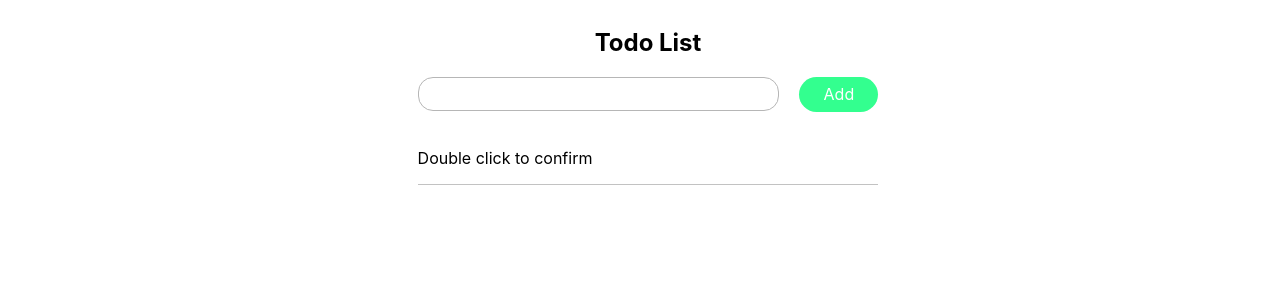
Repository: irenewuu/comp4130_checklist
Page: index.html
These files come from the project's save history. The page is drawn as it stood at one moment and after the next save; the edit follows.
The browser window is 1280 px wide. The page is 1288 px wide, so the pictures cover 1288 px, including what lies to the right of the window. The pictures show the whole page.

Above is the page before, as saved 2022-01-12 15:58:20.

### index.html
<!DOCTYPE html>
<html lang="en">
  <head>
    <meta charset="UTF-8">
    <meta name="viewport" content="width=device-width, initial-scale=1.0">
    <link rel="stylesheet" href="style.css">
    <script src="index.js"></script>
    <title>Comp4130_Checklist</title>
  </head>
  <body>
    <div class="main">
      <!-- title area -->
      <div class="title">
      <h2>Todo List</h2>
      </div>
      <!-- input area -->
      <form class="input">
        <input type="text" class="text" id="myInput" onkeyup="13" >
        <span class="btn" onclick="newElement()">Add</span>
      </form>
      <!-- homework checklist -->
      <div class="sortbox">
        <!-- <h4>Sort</h4>
        <img src="image/Iconly/Bold/sort.svg"> -->
        <p>Double click to confirm</p>
      </div>
      <ul id="NewList">

      </ul>
    </div>
  </body>
</html>

### style.css
body {
  width: 100%;
  height: 100%;
  display: flex;
  flex-direction: column;
  justify-content: center;
  align-items: center;
}

.main {
  width: 60%;
  height: 50%;
  display: flex;
  flex-direction: column;
  justify-content: center;
  align-items: center;
  font-family: -apple-system, BlinkMacSystemFont, "Segoe UI", Roboto;
}
form > span {
  width: 60%;
  display: flex;
  justify-content: center;
  background: #33ff8f;
  color: #fff;
  justify-content: center;
  align-items: center;
}
.input {
  width: 60%;
  display: flex;
  justify-content: center;
}
.text {
  width: 90%;
  height: 30px;
  border-radius: 15px;
  border: 1px solid rgb(182, 182, 182);
}
.btn {
  width: 20%;
  height: 35px;
  border-radius: 20px;
  margin-left: 20px;
}
.sortbox {
  width: 60%;
  display: flex;
  flex-direction: row;
  border-bottom: 1px solid #c2c2c2;
  margin-top: 20px;
}
.sortbox > img {
  margin: 10px;
}
ul {
  width: 60%;
  justify-content: center;
  margin: 0;
  padding: 0;
}
/* Style the list items */
ul li {
  cursor: pointer;
  position: relative;
  padding: 12px 8px 12px 40px;
  list-style-type: none;
  border-bottom: 1px solid #c2c2c2;
  font-size: 18px;
  transition: 0.2s;

  /* make the list items unselectable */
  -webkit-user-select: none;
  -moz-user-select: none;
  -ms-user-select: none;
  user-select: none;
}

ul li span {
  position: relative;
  right: 10px;
}

/* hover */
ul li:hover {
  background: #ddd;
}

/* When clicked on, add a background color and strike out text */
ul li.checked {
  background: #888;
  color: #fff;
  text-decoration: line-through;
}
/* Add a "checked" mark when clicked on */
ul li.checked::before {
  content: "";
  position: absolute;
  border-color: #fff;
  border-style: solid;
  border-width: 0 2px 2px 0;
  top: 10px;
  left: 16px;
  transform: rotate(45deg);
  height: 15px;
  width: 7px;
}
/* Style the close button */
.close {
  position: absolute;
  right: 0;
  top: 0;
  padding: 12px 16px 12px 16px;
}

.close:hover {
  background-color: #fe5252;
}

@media only screen and (max-width: 600px) {
  /* .input {
    width: 60%;
    display: flex;
    justify-content: center;
  }
  .text {
    width: 65%;
    height: 20px;
  }*/
  .btn {
    width: 30%;
    height: 26px;
  }
}

### index.js
let data = [];

// // Create a "close" button and append it to each list item
var listItem = document.getElementsByTagName("li");

// Create a new list item when clicking on the "Add" button
function newElement() {
  console.log(data)
  var li = document.createElement("li");
  // li.className = "unchecked";
  var inputValue = document.getElementById("myInput").value;

  //putting input value in list
  var spanText = document.createTextNode(inputValue);
  var span = document.createElement("span");
  span.appendChild(spanText);
  li.appendChild(span);


  // delete img
  var bin = document.createElement("img");
  bin.src = "image/iconly/bold/delete.svg";
  bin.className = "close";
  li.appendChild(bin);

  if (inputValue === '') {
    alert("You must write something!");
    data.push()
  } else {
    document.getElementById("NewList").appendChild(li);
  }

  document.getElementById("myInput").value = "";

  // Click on a close button to hide the current list item
  // push object in array
  data.push({ value: inputValue })
  console.log(data)

  // Add a "checked" symbol when clicking on a list item
  // var list = document.querySelector('ul');
  // list.addEventListener('click', function(ev) {
  //   if (ev.target.tagName === 'LI') {
  //     // ev.target.tagName.className = "checked";
  //     ev.target.classList.toggle('checked');
  //   }
  // }, false);

  var close = document.getElementsByClassName("close");

    for (var i = 0; i < close.length; i++) {
      close[i].onclick = function () {

        data.splice(data[i], 1);
        console.log(data)

        // delete the item onclick
        var div = this.parentElement;
        div.remove(0,-1);
      }
    }


    for (var i = 0; i < listItem.length; i++) {
      listItem[i].onclick = function () {
       // Add a "checked" symbol when clicking on a list item
        var list = document.querySelector('ul');
        list.addEventListener('click', function(ev) {
        if (ev.target.tagName === 'LI') {
          ev.target.classList.toggle('checked');

        }

  }, false);
      }
    }
}

After the next save:
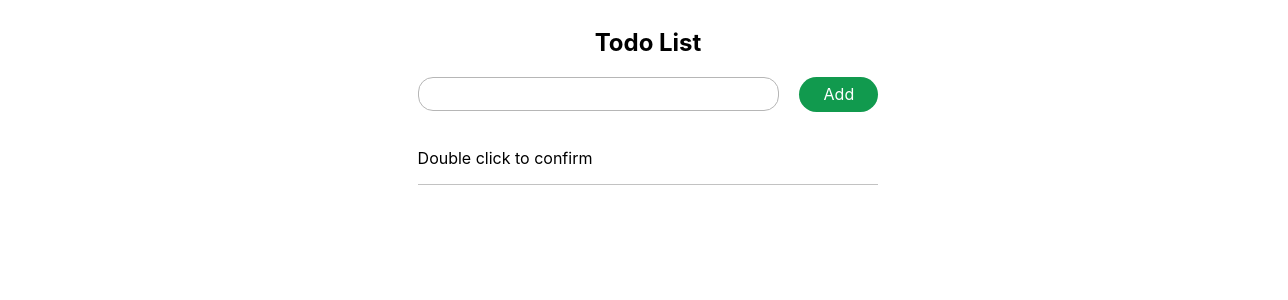
Saved 7 s later.
--- a/style.css
+++ b/style.css
@@ -20,7 +20,7 @@ form > span {
   width: 60%;
   display: flex;
   justify-content: center;
-  background: #33ff8f;
+  background: #119a4e;
   color: #fff;
   justify-content: center;
   align-items: center;
